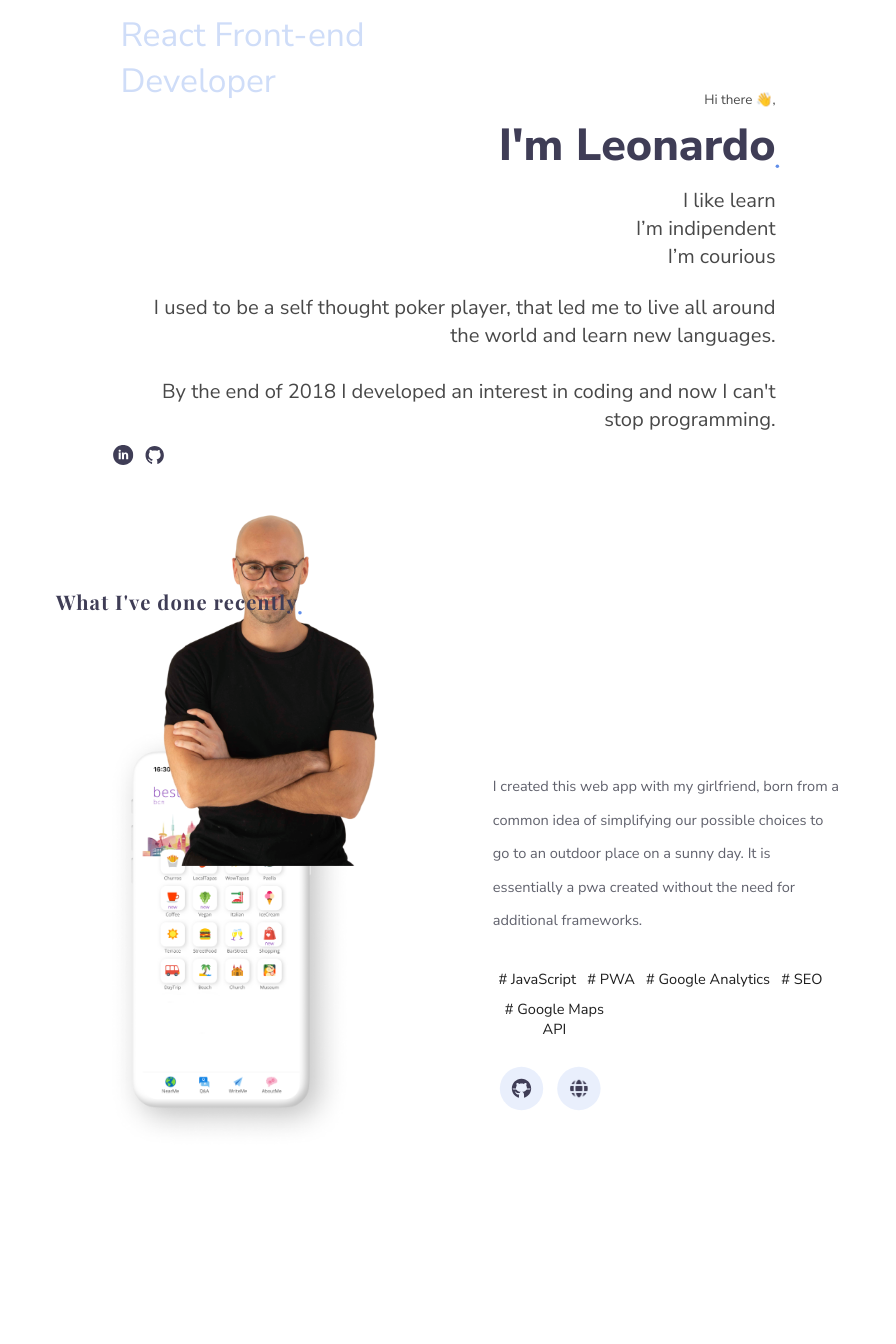
Repository: Easaaa/Portfolio-2020
Page: index.html
The author's editor kept a copy of each file at every save. The page is drawn from the files as they stood at one save, then again after the next save.
The browser window is 1280 px wide. The pictures show the part of the page from y = 0 to 1920 px (the page is 6588 px tall), at 70% of full size.
The style sheet was rebuilt from its Sass, Less or Tailwind sources for each picture, by a compiler version that may differ from the author's.

Above is the page before, as saved 2020-02-28 15:45:14.

After the next save:
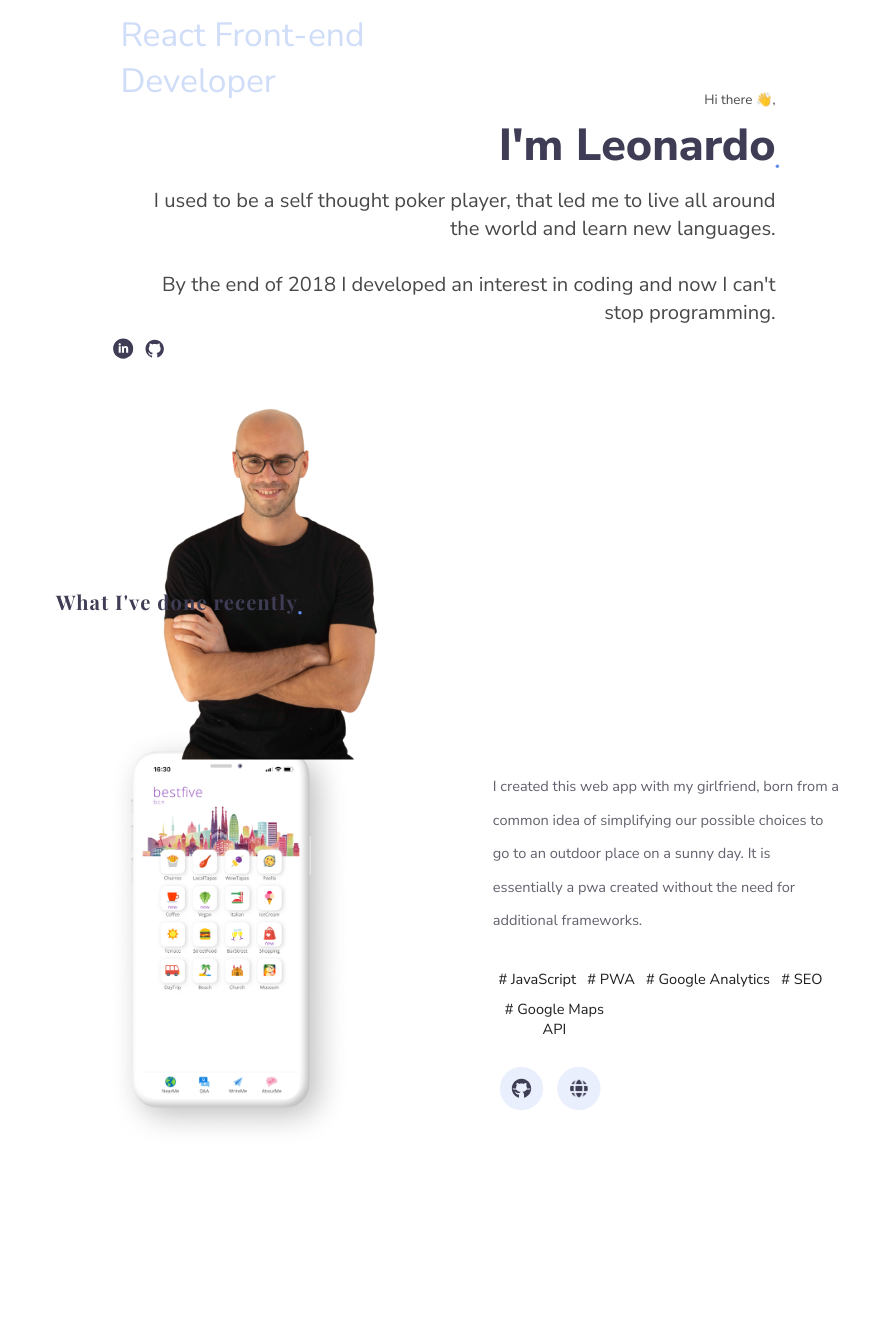
Saved 38 s later.
--- a/stylesheets/scss/main.scss
+++ b/stylesheets/scss/main.scss
@@ -443,6 +443,10 @@
       font-size: 1.8rem;
     }
 
+    .about-title {
+      display: none;
+    }
+
     .image-me-desktop {
       display: inline-block;
     }
